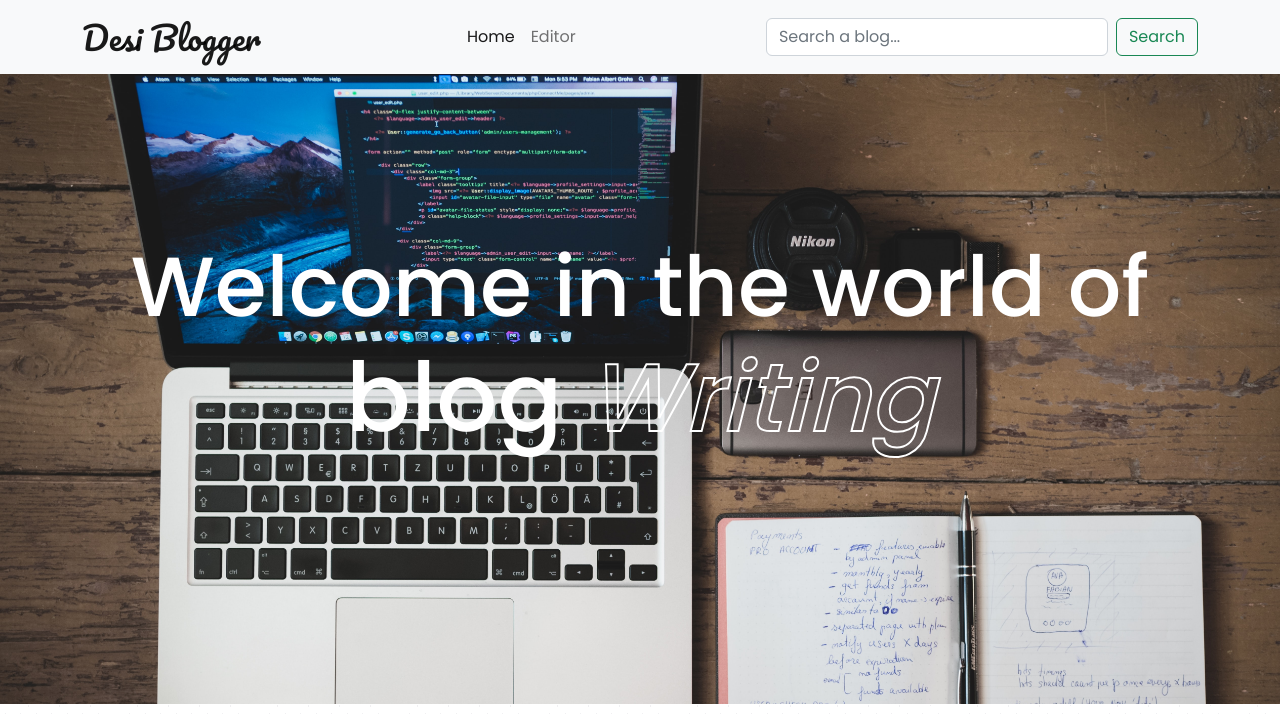
Repository: badhon252/Desi_Blogger
Page: public/home.html
These files come from the project's save history. The page is drawn as it stood at one moment and after the next save; the edit follows.
The browser window is 1280 px wide. The pictures show the whole page.

Above is the page before, as saved 2022-11-15 20:49:59.

### public/home.html
<!DOCTYPE html>
<html lang="en">

<head>
    <meta charset="UTF-8">
    <meta http-equiv="X-UA-Compatible" content="IE=edge">
    <meta name="viewport" content="width=device-width, initial-scale=1.0">

    <!-- favicon  -->
    <link rel="icon" sizes="180x180" href="./img/favicon_io/android-chrome-192x192.png">

    <!-- bs-5 link -->
    <link rel="stylesheet" href="https://cdn.jsdelivr.net/npm/bootstrap@5.2.2/dist/css/bootstrap.min.css">
    <!-- custom css  -->
    <link rel="stylesheet" href="css/home.css">
    <!-- fonts  -->
    <link rel="preconnect" href="https://fonts.googleapis.com">
    <link rel="preconnect" href="https://fonts.gstatic.com" crossorigin>
    <link href="https://fonts.googleapis.com/css2?family=Poppins:wght@400;500;600;700;800;900&display=swap"
        rel="stylesheet">
    <title>Desi-Blogger</title>
</head>

<body>
    <header id="header">
        <nav class="navbar navbar-expand-lg bg-light">
            <div class="container">
                <a class="navbar-brand" href="#">Desi Blogger</a>
                <button class="navbar-toggler" type="button" data-bs-toggle="collapse"
                    data-bs-target="#navbarSupportedContent" aria-controls="navbarSupportedContent"
                    aria-expanded="false" aria-label="Toggle navigation">
                    <span class="navbar-toggler-icon"></span>
                </button>
                <div class="collapse navbar-collapse" id="navbarSupportedContent">
                    <ul class="navbar-nav m-auto mb-2 mb-lg-0">
                        <li class="nav-item">
                            <a class="nav-link active" href="#">Home</a>
                        </li>
                        <li class="nav-item">
                            <a class="nav-link" href="#">Editor</a>
                        </li>

                    </ul>
                    <form class="d-flex" role="search">
                        <input class="form-control me-2" type="search" placeholder="Search a blog..."
                            aria-label="Search">
                        <button class="btn btn-outline-success" type="submit">Search</button>
                    </form>
                </div>
            </div>
        </nav>
        <section class="content">
            <div class="container">

                <h1 class="heading">
                    <span class="small">
                        Welcome in the world of</span>
                    blog
                    <span class="no-phill">Writing</span>
                </h1>
            </div>


        </section>
    </header>

    <script src="https://cdn.jsdelivr.net/npm/bootstrap@5.2.2/dist/js/bootstrap.bundle.min.js"></script>
</body>

</html>

### public/css/home.css
@import url("https://fonts.googleapis.com/css2?family=Pacifico&display=swap");
* {
  margin: 0;
  padding: 0;
  box-sizing: border-box;
}

body {
  font-family: "Poppins", sans-serif;
  background-image: repeating-linear-gradient(
      45deg,
      rgb(255, 255, 255) 0px,
      rgb(255, 255, 255) 10px,
      transparent 10px,
      transparent 11px
    ),
    repeating-linear-gradient(
      135deg,
      rgb(255, 255, 255) 0px,
      rgb(255, 255, 255) 10px,
      transparent 10px,
      transparent 11px
    ),
    linear-gradient(90deg, rgba(213, 211, 217, 0.33), rgba(213, 211, 217, 0.33));
  position: relative;
}
::selection {
  background: #1b1b1b;
  color: #fff;
}

.navbar-brand {
  font-family: "Pacifico", cursive;
  font-size: 2rem;
}

.content {
  margin-top: -90px;
  width: 100%;
  height: calc(100vh);
  background-image: url(../img/altumcode-XMFZqrGyV-Q-unsplash.jpg);
  background-size: cover;
  display: flex;
  justify-content: center;
  align-items: center;
}

.content .heading {
  font-size: 6rem;
  color: #fff;
  text-align: center;
}
.content .small {
  color: #fff;
  text-align: center;
}
.content .no-phill {
  font-style: italic;
  color: transparent;
  -webkit-text-stroke: 2px #fff;
}

After the next save:
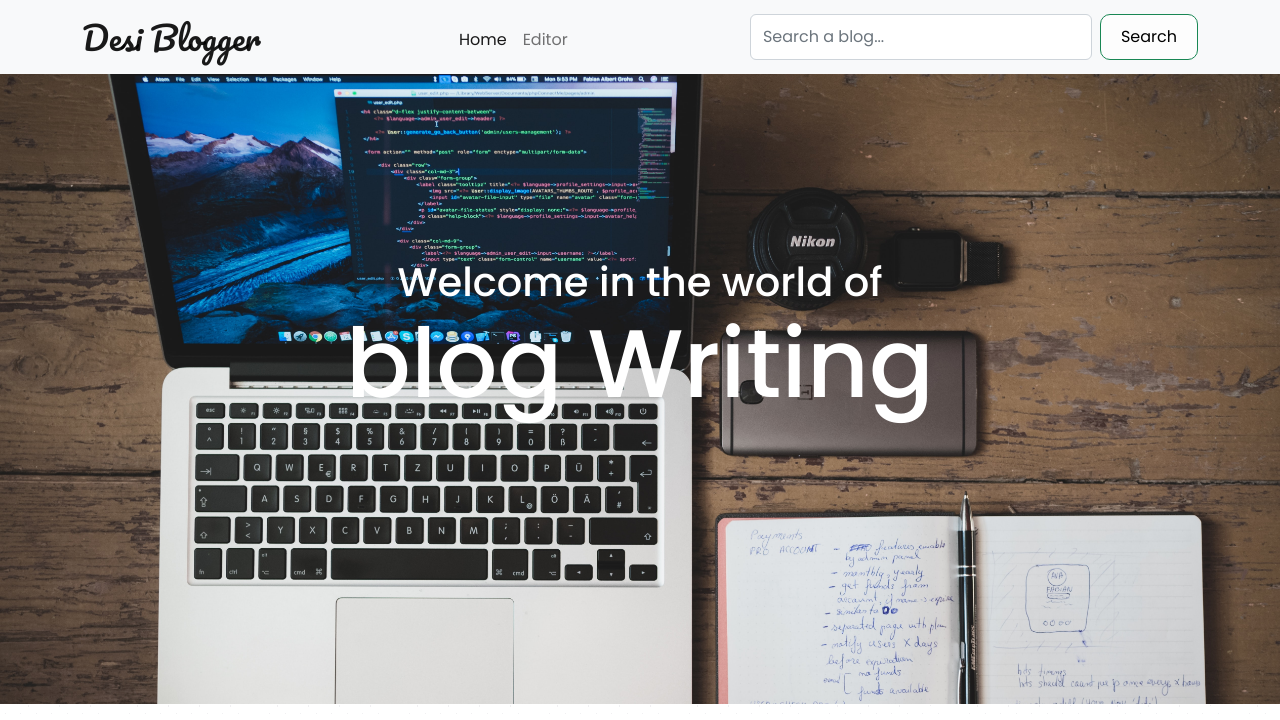
Saved 4 min 19 s later.
--- a/public/css/home.css
+++ b/public/css/home.css
@@ -50,12 +50,49 @@ body {
   color: #fff;
   text-align: center;
 }
-.content .small {
-  color: #fff;
-  text-align: center;
+
+.heading .small {
+  display: block;
+  font-size: 40px;
 }
-.content .no-phill {
+
+.heading .no-fill {
   font-style: italic;
   color: transparent;
   -webkit-text-stroke: 2px #fff;
 }
+
+.btn {
+  padding: 10px 20px;
+  border-radius: 10px;
+  background: rgba(255, 255, 255, 0.7);
+  color: #000;
+  text-decoration: none;
+  text-transform: capitalize;
+}
+
+.blogs-section {
+  width: 100%;
+  padding: 50px 5vw;
+  display: grid;
+  grid-template-columns: repeat(2, 1fr);
+  grid-gap: 80px;
+}
+
+.blog-image {
+  width: 100%;
+  height: 250px;
+  object-fit: cover;
+  border-radius: 10px;
+  margin-bottom: 10px;
+}
+
+.blog-overview {
+  margin: 10px 0 20px;
+  line-height: 30px;
+}
+
+.btn.dark {
+  background: #1b1b1b;
+  color: #fff;
+}
